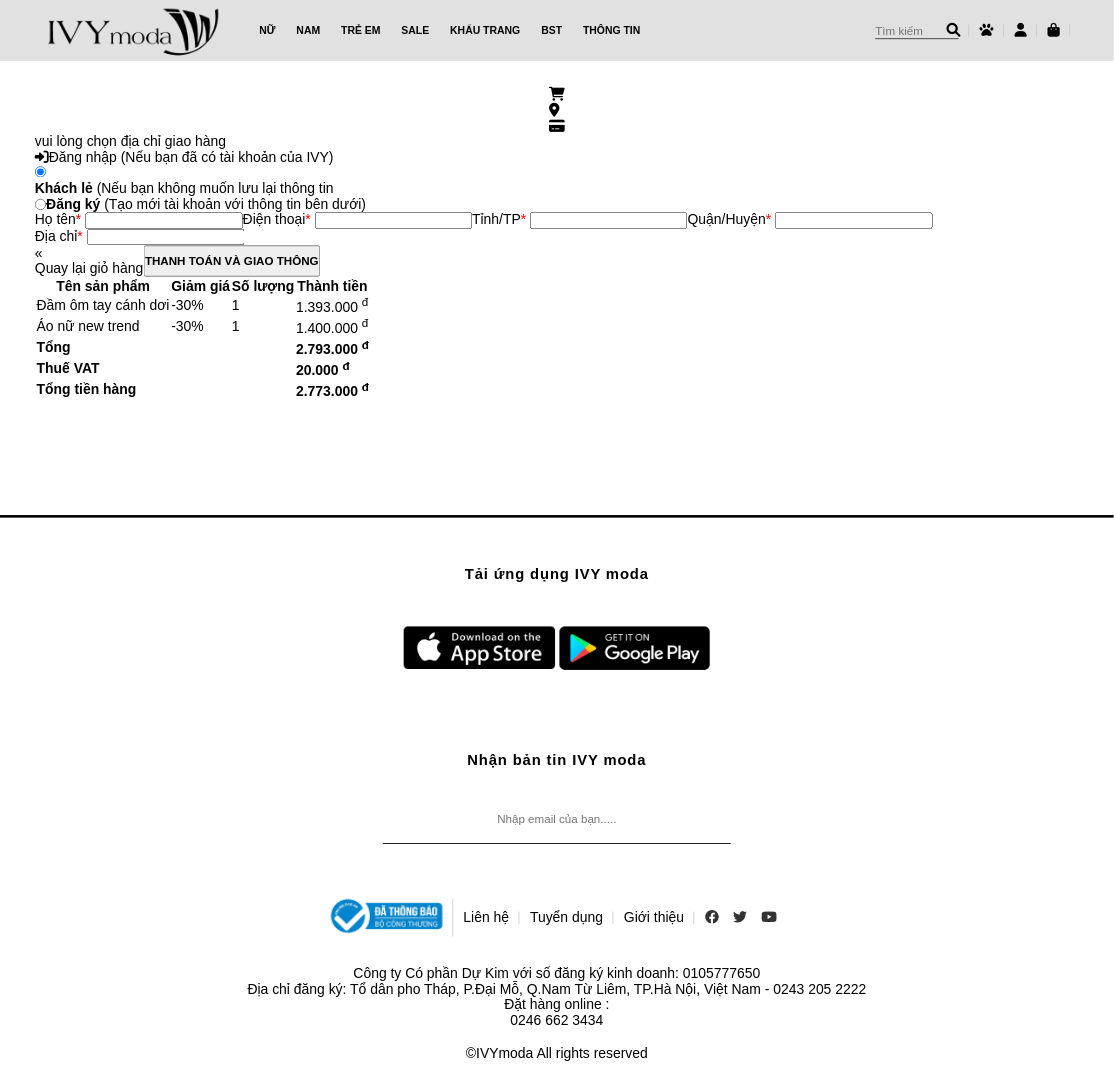
Repository: dinhvanbinh2310/ivy-moda
Page: delivery.html
An editor plug-in stored every save of this project. The page is shown before and after the next save, followed by the edit.
The browser window is 1280 px wide. The pictures show the whole page, at 87% of full size.

Above is the page before, as saved 2022-05-08 11:03:23.

### delivery.html
<!DOCTYPE html>
<html lang="en">
<head>
    <meta charset="UTF-8">
    <meta http-equiv="X-UA-Compatible" content="IE=edge">
    <meta name="viewport" content="width=device-width, initial-scale=1.0">
    <link rel="stylesheet" href="./fontawesome-free-6.1.1-web/css/all.css">
    <link rel="stylesheet" href="./css/style.css">
    <title>IVY moda</title>
</head>
<body>
<header>
    <div class="logo">
        <img src="./Images/logo.png" alt="logo" class="logo">
    </div>
    <div class="menu">
        <li><a href="">NỮ</a>
            <ul class="sub-menu">
                <li> <a href="">Hàng mới về</a>
                </li>
                <li> <a href="">Collection</a>
                </li>
                <li> <a href=""> Áo</a>
                    <ul>
                        <li> <a href="">Áo sơ mi</a>
                        </li>
                        <li> <a href="">Áo thun</a>
                        </li>
                        <li> <a href="">Áo khoác</a>
                        </li>
                        <li> <a href="">Áo len</a>
                        </li>
                    </ul>
                </li>
                <li> <a href="">Quần</a>
                    <ul>
                        <li> <a href="">Quần jean</a>
                        </li>
                        <li> <a href="">Quần lửng</a>
                        </li>
                        <li> <a href="">Quần dài</a>
                        </li>
                    </ul>
                </li>
            </ul>
        </li>
        <li><a href="">NAM</a>
        </li>
        <li><a href="">TRẺ EM</a>
        </li>
        <li><a href="">SALE</a>
        </li>
        <li><a href="">KHẨU TRANG</a>
        </li>
        <li><a href="">BST</a>
        </li>
        <li><a href="">THÔNG TIN</a>
        </li>
    </div>
    <div class="others">
        <li>
            <input placeholder="Tìm kiếm" type="text"> <i class="fa-solid fa-magnifying-glass"></i>
        </li>
        <li>
            <a class="fa-solid fa-paw" href=""></a>
        </li>
        <li>
            <a class="fa-solid fa-user" href=""></a>
        </li>
        <li>
            <a class="fa-solid fa-bag-shopping" href=""></a>
        </li>
    </div>
</header>
<!-----------------------------delivery----------------------------->
<section class="delivery">
    <div class="container">
        <div class="delivery-top-wrap">
            <div class="delivery-top">
              <div class="delivery-top-delivery delivery-top-item">
                <i class="fa-solid fa-cart-shopping "></i>
              </div>
              <div class="delivery-top-adress delivery-top-item">
                <i class="fa-solid fa-location-dot"></i>
              </div>
              <div class="delivery-top-payment delivery-top-item">
                <i class="fa-solid fa-credit-card "></i>
              </div>
            </div>
    </div>
    </div>
    <div class="container">
        <div class="delivery-content">
            <div class="delivery-content-left">
               <p>vui lòng chọn địa chỉ giao hàng </p>
            <div class="delivery-content-left-signin row">
                <i class="fa-solid fa-right-to-bracket"></i>
                <p>Đăng nhập (Nếu bạn đã có tài khoản của IVY)</p>
            </div>
            <div class="delivery-content-left-strange-customers">
                <input checked name="loaikhach" type="radio">
                <p>  <span style="font-weight: bold;">  Khách lẻ</span> (Nếu bạn không muốn lưu lại thông tin</p>
            </div>
                <div class="delivery-content-left-signup row">
                    <input name="loaikhach" type="radio">
                    <p>  <span style="font-weight: bold;"> Đăng ký </span>(Tạo mới tài khoản với thông tin bên dưới)
                    </p>
                </div>
                <div class="delivery-content-left-input-top row">
                    <div class="delivery-content-left-input-top-item">
                        <label for="">Họ tên<span style="color: red;">*</span></label>
                        <input type="text">
                    </div>
                    <div class="delivery-content-left-input-top-item">
                        <label for="">Điện thoại<span style="color: red;">*</span></label>
                        <input type="text">
                    </div>
                    <div class="delivery-content-left-input-top-item">
                        <label for="">Tỉnh/TP<span style="color: red;">*</span></label>
                        <input type="text">
                    </div>
                    <div class="delivery-content-left-input-top-item">
                        <label for="">Quận/Huyện<span style="color: red;">*</span></label>
                        <input type="text">
                    </div>
                </div>
                <div class="delivery-content-left-input-input-bottom">
                    <label for="">Địa chỉ<span style="color: red;">*</span></label>
                    <input type="text">
                </div>
                <div class="delivery-content-left-button row">
                    <a href=""> <span>&#171;</span><p>Quay lại giỏ hàng</p></a>
                    <button><p style="font-weight: bold;">THANH TOÁN VÀ GIAO THÔNG</p> </button>
                </div>
            </div>
            <div class="delivery-content-right">
                <table>
                    <tr>
                    <th>Tên sản phẩm</th>
                    <th>Giảm giá</th>
                    <th>Số lượng</th>
                    <th>Thành tiền</th>
                   </tr>
                   <tr>
                       <td>Đầm ôm tay cánh dơi</td>
                       <td>-30%</td>
                       <td>1</td>
                       <td><p>1.393.000 <sup>đ</sup></p></td>
                   </tr>
                   <tr>
                    <td>Áo nữ new trend</td>
                    <td>-30%</td>
                    <td>1</td>
                    <td><p>1.400.000 <sup>đ</sup></p></td>
                </tr>
                <tr>
                    <td style="font-weight: bold;" colspan="3">Tổng</td>
                    <td style="font-weight: bold;"><p>2.793.000 <sup>đ</sup></p></td>
                </tr>
                <tr>
                    <td style="font-weight: bold;" colspan="3">Thuế VAT</td>
                    <td style="font-weight: bold;"><p>20.000 <sup>đ</sup></p></td>
                </tr>
                <tr>
                    <td style="font-weight: bold;" colspan="3">Tổng tiền hàng</td>
                    <td style="font-weight: bold;"><p>2.773.000 <sup>đ</sup></p></td>
                </tr>
                </table>
            </div>
        </div>
    </div>
</section>


<div class="dot-horizontal">
</div>
<!------------------------------Footer---------------------------------->
<section class="app-container">
  <p>Tải ứng dụng IVY moda</p>
  <div class="app-google">
      <img src="./Images/appstore.png" alt="">
      <img src="./Images/googleplay.png" alt="">
  </div>
  <p>Nhận bản tin IVY moda</p>
  <input type="text" placeholder="Nhập email của bạn.....">
</section>

<div class="footer-top">
  <li>
      <a href=""> <img src="./Images/img-congthuong.png" alt="">
      </a>
  </li>
  <li>Liên hệ</li>
  <li>Tuyển dụng</li>
  <li>Giới thiệu</li>
  <li>
      <a href="" class="fa-brands fa-facebook"></a>
      <a href="" class="fa-brands fa-twitter"></a>
      <a href="" class="fa-brands fa-youtube"></a>
  </li>
</div>
<div class="footer-center">

  <p>
      Công ty Có phần Dự Kim với số đăng ký kinh doanh: 0105777650
      <br> Địa chỉ đăng ký: Tổ dân pho Tháp, P.Đại Mỗ, Q.Nam Từ Liêm, TP.Hà Nội, Việt Nam - 0243 205 2222
      <br> Đặt hàng online :
      <br>0246 662 3434
      <br>
  </p>
</div>
<div class="footer-bottom">
  ©IVYmoda All rights reserved
</div>
</body>
  </html>

### css/style.css
*{
  margin: 0;
  padding: 0;
  box-sizing: border-box;
  font-family: Arial, Helvetica, sans-serif;
}
li{
  list-style: none;
}
a{
  text-decoration: none;
  color: #000;
}
header{
  display: flex;
  justify-content: space-between;
  height: 70px;
  padding: 12px 50px;
  align-items: center;
  position: fixed;
  top: 0;
  left: 0;
  z-index: 1;
  background:#DDDDDDDD;
  width: 100%;
}

.logo{
  flex: 1;
  padding-top: 10px;
 size: 5px;
}
.menu{
  flex: 3;
  display: flex;
}
.menu > li{
  padding: 0 12px;
  position: relative;
}
.menu  li a{
  font-size: 12px;
  font-weight: bold;
  display: block;
  line-height: 20px;
}
.menu > li:hover .sub-menu{
  visibility: visible;
  top: 45px;
}
.sub-menu{
  position: absolute;
  width: 150px;
  border: 1px solid #ccc;
  padding: 10px 0 10px 20px;
  visibility: hidden;
  top: 75px;
  transition: 0.3s;
  z-index: 1;
  background-color: #fff;
}
.sub-menu ul{
  padding-left: 20px;
}
.sub-menu li a{
  font-size: 12px;
  font-weight: normal;
}

.others{
  flex: 1;
  display: flex;
}
.others > li{
  padding: 0 12px;
  position: relative;
}
.others>li::after{
  content: "";
  display: block;
  width: 1px;
  height: 75%;
  background: #cccccc;
  position: absolute;
  right: 0;
  top: 50%;
  transform: translateY(-50%);
}
.others > li:first-child{
  position: relative;

}
.others > li:first-child input{
  width: 100%;
  height: 100%;
  background: #0000;
  border: none;
  border-bottom:1px solid #333 ;
}
.others > li:first-child i{
position: absolute;
right: 10px;
}
.sliders{
  overflow: hidden;
}
.aspect-ratio-169 {
  display: block;
  position: relative;
  padding-top: 56.25%;
  transition: 0.3s;
}
.aspect-ratio-169 img {
  display: block;
  position: absolute;
  width: 100%;
  height: 100%;
  top: 0;
  left: 0;
}
.dot-container{
  position:absolute;
  height: 30px;
  width: 100%;
  display: flex;
  justify-content: center;
  padding-top: 10px;
}
.dot-horizontal{
  border-bottom: 3px solid black;
  padding-top: 30px;
 width: 100%;
 height: 100%;
 size: 100%;
}
.dot{
  height: 16px;
  width: 16px;
  background-color: #ccc;
  border-radius: 50%;
  margin-right: 12px;
  cursor: pointer;
}
.dot.active{
  background-color: #333;
}
/* -------------------------------app---------------------------- */
.app-container{
  text-align: center;
  align-items: center;
  padding: 15px 0 50px 0;
}
.app-google{
  margin:50px;
}
.app-google img{
  height: 50px;
  cursor: pointer;
}
.app-container p{
line-height: 20px;
letter-spacing: 1px;
font-size: 17px;
color:#000;
font-weight: bold;
padding-top: 40px;
}
.app-container input{
  margin-top: 50px;
  border: none;
  border-bottom: 1px solid #000;
  padding-bottom: 20px;
  width: 400px;
  text-align: center;
  outline: none;
}
.footer{
  text-align: center;
}
.footer-top{
  display: flex;
  text-align: center;
  justify-content: center;
  align-items: center;
  margin-bottom: 20px;
  height: 70px;
}
.footer-top img{
  height: 50px;
}
.footer-top li{
  padding: 0 12px;
  position: relative;
}
.footer-top li::after{
  content:"";
  display: block;
  width: 1px;
  height: 80%;
  background-color: #cccccc;
  position: absolute;
  right: 0;
  top: 50%;
  transform: translateY(-50%);
}
.footer-top li:last-child::after{
  display: none;
}
.footer-top li:last-child a{
margin-right: 12px;
color:#333;
}
.footer-center{
  text-align: center;
}
.footer-bottom{
  margin: 20px 0;
  text-align: center;
}
/* Cartegory */
.cartegory{
  padding: 100px 0 0;
}
.container{
  max-width: 1200px;
  margin: auto;
}
.row{
  display: flex;
  flex-wrap: wrap;
}
.cartegory-top{
  margin-bottom: 50px;
}
.cartegory-top p{
  font-family: Arial, Helvetica, sans-serif;
margin: 0 12px;
font-size: 12px;
}
.cartegory-left{
  width: 20%;
}
.cartegory-right{
  width: 80%;
}
.cartegory-right-top-item:first-child{
  flex: 2;
font-size: 16px;
font-family: Arial, Helvetica, sans-serif;
font-weight: bold;
}
.cartegory-right-top-item{
  flex: 1;
  padding: 0 12px;
}
.cartegory-right-top-item button{
  width: 100%;
  padding: 10px 15px;
  display: flex;
  justify-content: space-between;
  background-color: #ffff;
  border: 1px solid #dddd;
  cursor: pointer;
}
.cartegory-right-top-item select{
  width: 100%;
  padding: 10px 15px;
  display: flex;
  justify-content: space-between;
  background-color: #ffff;
  border: 1px solid #dddd;
  cursor: pointer;
}
.cartegory-right-content{
  margin-top: 20px;
  justify-content: space-between;
}
.cartegory-right-content-item{
  width: calc(25% - 12px);
  text-align: center;
  padding: 12px 0;
}
.cartegory-right-content-item h1{
  font-size: 11px;
font-family: Arial, Helvetica, sans-serif;
  margin-top: 6px;
  color: #333333;
}
.cartegory-right-content-item img{
  width: 100%;
}
.cartegory-right-content-item p{
  font-size: 12px;
}
.cartegory-right-bottom{
  justify-content: space-between;
  margin: 30px 0 20px;
  width: 100%;
}
.cartegory-right-bottom p{
  font-family: Arial, Helvetica, sans-serif;
font-size: 11px;
}
.cartegory-left ul li{
  padding: 12px 0;
}
.cartegory-left ul li >a{
  color: black;
  font-size: 16px;
  font-weight: bold;
  font-family: Arial, Helvetica, sans-serif;
}
.cartegory-left ul li ul li{
  padding-left: 10px;
}
.cartegory-left-li ul{
  display: none;
}
.cartegory-left-li.block ul{
  display: block;
}
.cartegory-left ul li ul li a{
  color: #333333;
}
/* -----------------Product------------------ */
.product{
  padding: 100px 0;

}
.product-top{
  margin-bottom: 30px;
}
.product-top p{
  font-family: Arial, Helvetica, sans-serif;
  margin: 0 12px;
  font-size: 12px;
}
.product-content-left{
  width: 50%;
}

.product-content-left-big-img{
  width: 80%;
  padding-right: 20px;
}
.product-content-left-big-img img{
  width: 100%;
}
.product-content-left-small-img{
  width: 20%;
}
.product-content-left-small-img img{
  width: 100%;
  cursor: pointer;
}
.product-content-right{
  width: 50%;
  padding-left: 20px;
}
.product-content-right-product-name{
  font-family: Arial, Helvetica, sans-serif;
font-size: 16px;
}
.product-content-right-product-name p{
  color: #cccc;
  font-size: 12px;
}
.product-content-right-product-price{
  margin: 12px 0;
  font-size: 20px;
  font-weight: bold;
  font-family: Arial, Helvetica, sans-serif;
}
.product-content-right-product-color img{
  width: 30px;
  height: 30px;
  border-radius: 50%;
}
.product-content-right-product-color-img{
  height: 40px;
  width: 40px;
  border: 1px soild #333;
  display: flex;
  align-items: center;
  justify-content: center;
  margin: 12px 0;
}
.size span{
  display: inline-block;
  padding: 3px 6px;
  border: 1px solid #dddddd;
  margin: 12px 10px 12px 0;
  font-size: 17px;
  cursor: pointer;
}
.quantity{
  display: flex;
  margin-bottom: 20px;
}
.quantity input{
  width: 35px;
  padding-left: 3px;
}
.product-content-right-product-button button{
  width: 150px;
  height: 40px;
  display: block;
  margin: 20px 0 12px;
  transition: all 0.3s ease;
}
.product-content-right-product-button button:first-child{
  display: flex;
  justify-content: space-evenly;
  align-items: center;
  background-color: #ffff;
  border: 2px solid black;
  cursor: pointer;
}
.product-content-right-product-button button:first-child:hover{
  background-color: black;
  color: #ffff;
}
.product-content-right-product-button button:last-child{
  color: #BF8A49;
  border: 2px solid #BF8A49;
  background-color: #ffff;
  cursor: pointer;
}
.product-content-right-product-icon {
display: flex;
}
.product-content-right-product-icon p{
  list-style: none;
  color: #000;
  font-weight: 200;
  font-size: 14px;
  font-family: Arial, Helvetica, sans-serif;
  margin-right: 6px;
}
.product-content-right-product-icon-item{
  display: flex;
  margin-right: 12px;
  justify-content: center;
  align-items: center;
}
.product-content-right-product-icon-item i{
  font-size: 12px;
  margin-right: 6px;
  display: flex;
}
.product-content-right-product-icon-item p {
margin-left: 6px;
}
.product-content-right-product-qr img{
  margin: 20px 0;
  width:60px;
  height:60px;
}
.product-content-right-bottom{
  padding-top: 40px;
  border-top: 1px solid #dddd;
  position: relative;

}
.product-content-right-bottom-top{
position: absolute;
width: 30px;
height: 30px;
border: 2px solid #dddd;
display: flex;
justify-content: center;
align-items: center;
background-color: #ffff;
left: 50%;
top: -15px;
border-radius: 50%;
transform: translateX(-50%);
cursor: pointer;
}
.product-content-right-bottom-content-title{
  border-bottom: 2px solid #dddd;
}
.product-content-right-bottom-content-title-item{
  padding: 6px;
  cursor: pointer;
  margin-right: 6px;
}
.product-content-right-bottom-content-title-item p{
  font-family: Arial, Helvetica, sans-serif;
  font-size: 14px;
}
.product-content-right-bottom-content{
  padding-top: 30px;
  color: #3e3e3f;
  font-size: 14px;
 }
 .product-content-right-bottom-content-detail{
   display: none;
 }
 .product-content-right-bottom-content-detail th{
   padding-right: 50px;
   text-align: left;
 }
 .product-content-right-bottom-content-preserve{
  display: none;
 }
.activeB{
  display: none;
}
/*---------------------product related----------------- */
.product-related{
  margin-bottom: 50px;
}
.product-related-title{
  margin: 20px 0;
}
.product-related-title p{
  font-family: Arial, Helvetica, sans-serif;
  font-size: 14px;
  font-weight: bold;
  color: #333;
}
.product-related-item{
  width: 20%;
  text-align: center;
  padding: 0 6px;
}
.product-related-item img{
  width: 100%;
}
.product-related-item h1{
  font-family: Arial, Helvetica, sans-serif;
  font-size: 12px;
  color: #333;
  margin-top: 6px;
}
.product-related-item p{
  font-size: 12px;
  text-decoration: line-through;
}
/*-----------------------------cart-----------------------------*/
.cart{
  padding: 100px 0;
}
.cart-top-wrap{
  display: flex;
  justify-content: center;
  align-items: center;
}
.cart-top{
  display: flex;
  height: 2px;
  width: 70%;
  background-color: #ddd;
  justify-content: space-between;
  align-items: center;
  margin: 50px 0 100px;
}
.cart-top-item{
  width: 40px;
  height: 40px;
  border-radius: 50%;
  border: 1px solid #dddd;
  display: flex;
  align-items: center;
  justify-content: center;
  background-color: #fff;
}
.cart-top-item i{
  color: #dddd;
}
.cart-top-cart {
  border: 1px solid #0DB7EA;
}
.cart-top-cart i{
  color: #0DB7EA;
}
.cart-content-left{
  flex: 2;
  padding-right: 12px;
}
.cart-content-left table{
  width: 100%;
  text-align: center;
}
.cart-content-left table th{
  padding-bottom: 30px;
  font-family: Arial, Helvetica, sans-serif;
  font-style: 12px;
  text-transform: uppercase;
  color: #333;
  border-collapse: collapse;
  border-bottom: 2px solid #dddd;
}
.cart-content-left table p{
  padding-bottom: 30px;
  font-family: Arial, Helvetica, sans-serif;
  color: #333;
}
.cart-content-left table input{
  width: 30px;
  margin-bottom: 30px;
}
.cart-content-left table span{
  display: block;
  margin-bottom: 30px;
  width: 20px;
  height: 20px;
  border: 1px solid #ddd;
  cursor: pointer;
}
.cart-content-left table td{
  padding: 20px 0;
  border-bottom: 2px solid #ddd;
}
.cart-content-left table td img{
  padding-bottom: 30px;
  font-family: Arial, Helvetica, sans-serif;
}
.cart-content-left td:first-child img{
  width: 130px;
}
.cart-content-left td:nth-child(2){
  max-width: 130px;
}
.cart-content-left td:nth-child(3) img{
  width: 30px;
}
.cart-content-right{
  flex: 1;
  padding-left: 12px;
  border-left: 2px solid #dddd;
}
.cart-content-right table{
  width: 100%;
}
.cart-content-right table th{
  padding-bottom: 35px;
  font-family: Arial, Helvetica, sans-serif;
  font-size: 12px;
  color: #333;
  border-collapse: collapse;
  border-bottom: 2px solid #dddd;
}
.cart-content-right table td{
  font-family: Arial, Helvetica, sans-serif;
  font-size: 12px;
  color: #333;
  padding: 6px 0;
}
.cart-content-right tr:nth(4) td{
  border-bottom: 2px solid #dddd;

}
.cart-content-right tr td:last-child{
  text-align: right;
}
.cart-content-right-text{
  margin: 20px 0;
  text-align: center;
}
.cart-content-right-text p{
  font-family: Arial, Helvetica, sans-serif;
  font-size: 12px;
  color: #333;
  padding-top: 20px;
}
.cart-content-right-button{
  text-align: center;
  align-items: center;
}
.cart-content-right-button button{
  padding: 0 18px;
  margin-top: 20px;
  height: 35px;
  cursor: pointer;;
}
.cart-content-right-button button:first-child{
  background-color: #fff;
  border: 1px solid black;
  margin-right: 20px;
}
.cart-content-right-button button:first-child:hover{
  background-color: #ddd;
}
.cart-content-right-button button:last-child{
  background-color: black;
  color: #fff;
  border: none;
  border: 1px solid black;
}
.cart-content-right-button button:last-child:hover{
  background-color: #dddd;
  color: black;
}
.cart-content-right-login{
  margin-top: 20px;
}
.cart-content-right-login p{
  font-family: Arial, Helvetica, sans-serif;
  font-size: 12px;
  color: #333;
  padding-top: 30px;
}
/*-----------------------------Delivery-----------------------------*/
.delivery{
  padding: 100px 0;
}
.delivery-top-wrap{
  display: flex;
  justify-content: center;
  align-items: center;
}

Loaded but not shown: fontawesome-free-6.1.1-web/css/all.css (library)

After the next save:
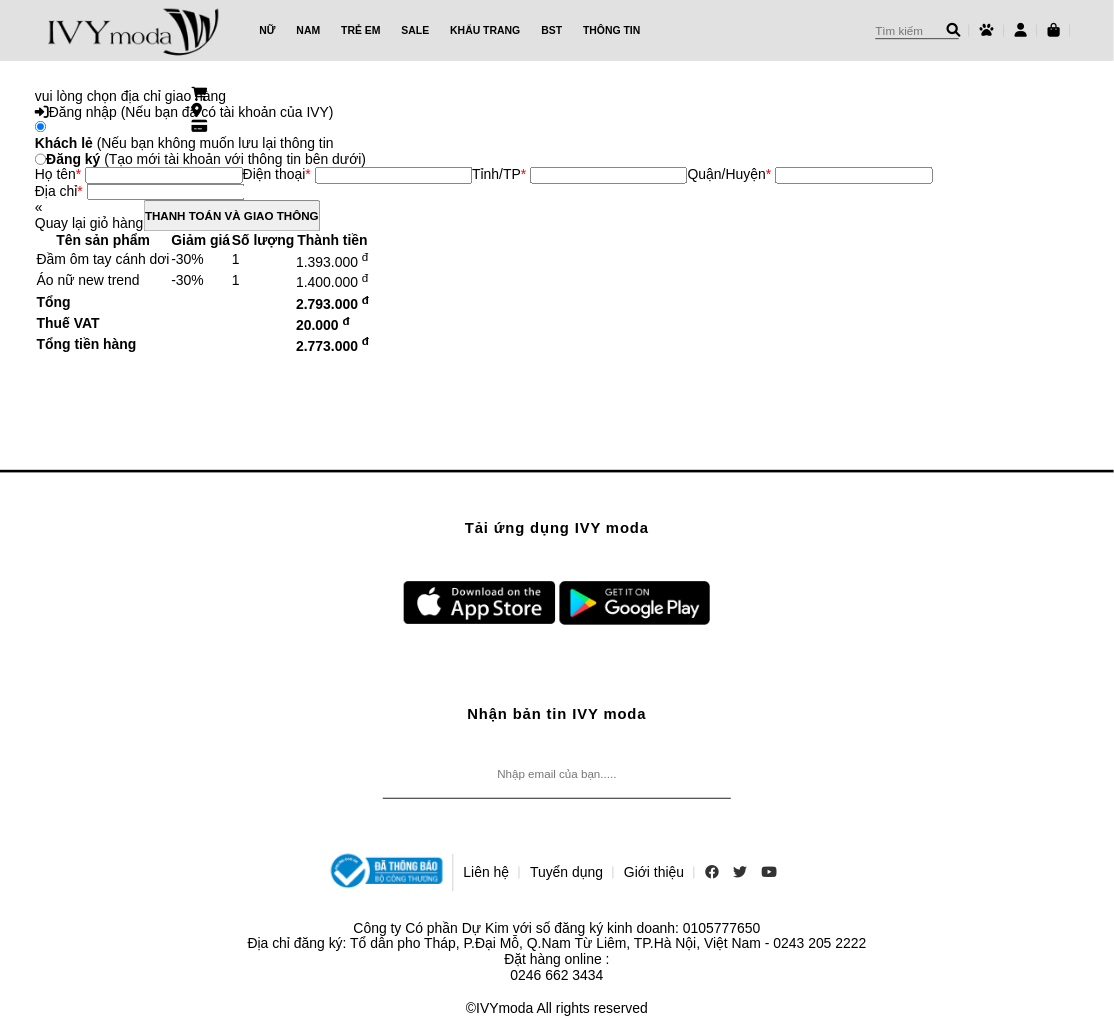
Saved 49 s later.
--- a/css/style.css
+++ b/css/style.css
@@ -711,3 +711,7 @@
   justify-content: center;
   align-items: center;
 }
+.delivery-top{
+  height: 2px;
+  width: 70%;
+}
